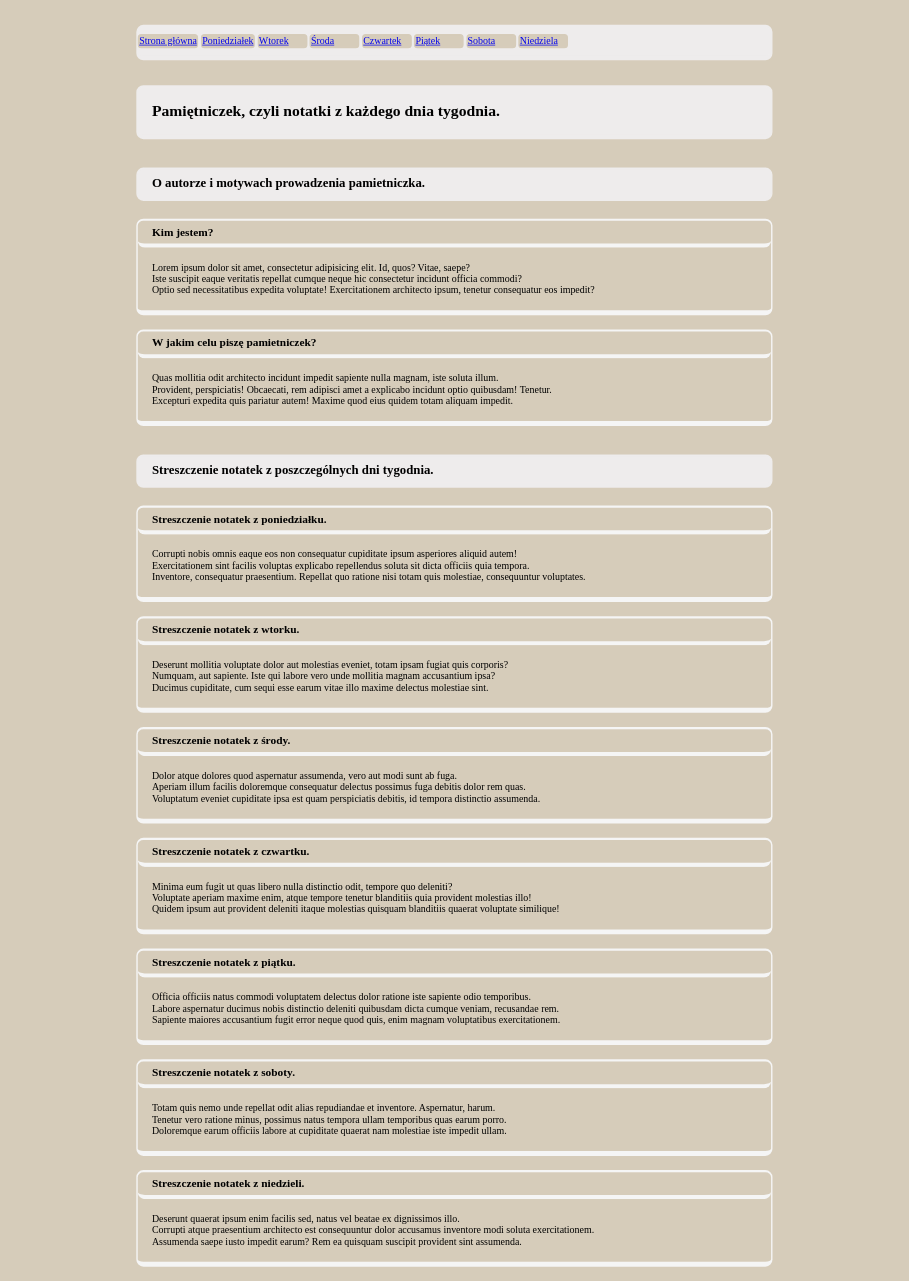
Repository: ArturNatwora/hompage
Page: index.html
An editor plug-in stored every save of this project. The page is shown before and after the next save, followed by the edit.
The browser window is 1280 px wide. The pictures show the whole page, at 71% of full size.

Above is the page before, as saved 2019-06-11 20:20:12.

### index.html
<!DOCTYPE html>
<html lang="pl">

<head>
    <meta charset="UTF-8">
    <meta name="viewport" content="width=device-width, initial-scale=1.0">
    <meta http-equiv="X-UA-Compatible" content="ie=edge">
    <link rel="stylesheet" href="index.css">
    <title>Strona domowa w ramach kursu WTf CO TEN FRONTEND.</title>
</head>

<body>
    <header class="bodyHeader">
        <nav class="bodyHeader__nav">
            <ul class="bodyHeader__navListLink" >
                <li class="bodyHeader__navItemLink"><a class="bodyHeader__navLink" href="index.html">Strona główna</a></li>
                <li class="bodyHeader__navItemLink"><a class="bodyHeader__navLink" href="./days/1.html">Poniedziałek</a></li>
                <li class="bodyHeader__navItemLink"><a class="bodyHeader__navLink" href="./days/2.html">Wtorek</a></li>
                <li class="bodyHeader__navItemLink"><a class="bodyHeader__navLink" href="./days/3.html">Środa</a></li>
                <li class="bodyHeader__navItemLink"><a class="bodyHeader__navLink" href="./days/4.html">Czwartek</a></li>
                <li class="bodyHeader__navItemLink"><a class="bodyHeader__navLink" href="./days/5.html">Piątek</a></li>
                <li class="bodyHeader__navItemLink"><a class="bodyHeader__navLink" href="./days/6.html">Sobota</a></li>
                <li class="bodyHeader__navItemLink"><a class="bodyHeader__navLink" href="./days/7.html">Niedziela</a></li>
            </ul>
        </nav>
        <h1 class="bodyHeader__title">Pamiętniczek, czyli notatki z każdego dnia tygodnia.</h1>
    </header>
    <main class="main">
        <section class="section">
            <h2 class="section__title">O autorze i motywach prowadzenia pamietniczka.</h2>
            <article class="article">
                <h3 class="article__title">Kim jestem?</h3>
                <p>Lorem ipsum dolor sit amet, consectetur adipisicing elit. Id, quos? Vitae, saepe?</p>
                <p>Iste suscipit eaque veritatis repellat cumque neque hic consectetur incidunt officia commodi?</p>
                <p>Optio sed necessitatibus expedita voluptate! Exercitationem architecto ipsum, tenetur consequatur eos
                    impedit?</p>
            </article>
            <article class="article">

                <h3 class="article__title">W jakim celu piszę pamietniczek?</h3>
                <p>Quas mollitia odit architecto incidunt impedit sapiente nulla magnam, iste soluta illum.</p>
                <p>Provident, perspiciatis! Obcaecati, rem adipisci amet a explicabo incidunt optio quibusdam! Tenetur.
                </p>
                <p>Excepturi expedita quis pariatur autem! Maxime quod eius quidem totam aliquam impedit.</p>
            </article>

        </section>

        <section class="section">
                <h2 class="section__title">Streszczenie notatek z poszczególnych dni tygodnia.</h2>
                <article class="article">
                    <h3 class="article__title">Streszczenie notatek z poniedziałku.</h3>
                    <p>Corrupti nobis omnis eaque eos non consequatur cupiditate ipsum asperiores aliquid autem!</p>
                    <p>Exercitationem sint facilis voluptas explicabo repellendus soluta sit dicta officiis quia
                        tempora.</p>
                    <p>Inventore, consequatur praesentium. Repellat quo ratione nisi totam quis molestiae, consequuntur
                        voluptates.</p>
                </article>
                <article class="article">
                    <h3 class="article__title">Streszczenie notatek z wtorku.</h3>
                    <p>Deserunt mollitia voluptate dolor aut molestias eveniet, totam ipsam fugiat quis corporis?</p>
                    <p>Numquam, aut sapiente. Iste qui labore vero unde mollitia magnam accusantium ipsa?</p>
                    <p>Ducimus cupiditate, cum sequi esse earum vitae illo maxime delectus molestiae sint.</p>
                </article>
                <article class="article">
                    <h3 class="article__title">Streszczenie notatek z środy.</h3>
                    <p>Dolor atque dolores quod aspernatur assumenda, vero aut modi sunt ab fuga.</p>
                    <p>Aperiam illum facilis doloremque consequatur delectus possimus fuga debitis dolor rem quas.</p>
                    <p>Voluptatum eveniet cupiditate ipsa est quam perspiciatis debitis, id tempora distinctio
                        assumenda.</p>
                </article>
                <article class="article">
                    <h3 class="article__title">Streszczenie notatek z czwartku.</h3>
                    <p>Minima eum fugit ut quas libero nulla distinctio odit, tempore quo deleniti?</p>
                    <p>Voluptate aperiam maxime enim, atque tempore tenetur blanditiis quia provident molestias illo!
                    </p>
                    <p>Quidem ipsum aut provident deleniti itaque molestias quisquam blanditiis quaerat voluptate
                        similique!</p>
                </article>
                <article class="article">
                    <h3 class="article__title">Streszczenie notatek z piątku.</h3>
                    <p>Officia officiis natus commodi voluptatem delectus dolor ratione iste sapiente odio temporibus.
                    </p>
                    <p>Labore aspernatur ducimus nobis distinctio deleniti quibusdam dicta cumque veniam, recusandae
                        rem.</p>
                    <p>Sapiente maiores accusantium fugit error neque quod quis, enim magnam voluptatibus
                        exercitationem.</p>
                </article>
                <article class="article">
                    <h3 class="article__title">Streszczenie notatek z soboty.</h3>
                    <p>Totam quis nemo unde repellat odit alias repudiandae et inventore. Aspernatur, harum.</p>
                    <p>Tenetur vero ratione minus, possimus natus tempora ullam temporibus quas earum porro.</p>
                    <p>Doloremque earum officiis labore at cupiditate quaerat nam molestiae iste impedit ullam.</p>
                </article>
                <article class="article">
                    <h3 class="article__title">Streszczenie notatek z niedzieli.</h3>
                    <p>Deserunt quaerat ipsum enim facilis sed, natus vel beatae ex dignissimos illo.</p>
                    <p>Corrupti atque praesentium architecto est consequuntur dolor accusamus inventore modi soluta
                        exercitationem.</p>
                    <p>Assumenda saepe iusto impedit earum? Rem ea quisquam suscipit provident sint assumenda.</p>
                </article>
            </section>


    </main>
    <script src="index.js"></script>
</body>

</html>

### index.css

*{
    margin: 0;
    padding: 0;
    box-sizing: border-box;
    font-size: 14px;
}


body{
    width: 70%;
    margin:  auto;
    background: rgb(214, 204, 186);

}

.bodyHeader {
    width: 100%;

    display: block;
    position: relative;


}
.bodyHeader__nav{
    background: rgb(238, 236, 236);
    width: 100%;
    height: auto;
    margin: 35px 0;

    display: block;

    border-width: 3px 2px 7px 2px ;
    border-style: solid;
    border-color: rgb(238, 236, 236);
    border-radius: 10px;
}
.bodyHeader__navListLink {
    width: 100%;
    list-style: none;
    display: block;
}
.bodyHeader__navItemLink{
    min-width: 70px;
    background: rgb(214, 204, 186);
    display: inline-block;
    margin: 10px 0px;
    border-width:  2px ;
    border-style: solid;
    border-color: rgb(214, 204, 186);
    border-radius: 5px;
}

.bodyHeader__title{
    font-size: 22px;
    display: block;
    margin:16px 0;
    padding: 20px;
    background: rgb(238, 236, 236);

    border-width: 3px 2px 7px 2px ;
    border-style: solid;
    border-color: rgb(238, 236, 236);
    border-radius: 10px;
}
.section{
    width: 100%;
    margin:40px 0 0 0 ;




}
.section__title{
    width: 100%;
    font-size: 18px;
    display: block;
    margin:25px 0;
    padding: 8px 20px;
    background: rgb(238, 236, 236);

    border-width: 3px 2px 7px 2px ;
    border-style: solid;
    border-color: rgb(238, 236, 236);
    border-radius: 10px;
}
.article{

    display: block;
    margin:0 0 20px 0;
    padding:0 0 20px 0px;
    border-width: 3px 2px 7px 2px ;
    border-style: solid;
    border-color: whitesmoke;
    border-radius: 10px;

}
.article__title{
    font-size: 16px;
    display: block;
    margin:0 0 20px 0 ;
    padding: 7px 20px;

    border-width: 0 0 6px 0 ;
    border-style: solid;
    border-color: whitesmoke;
    border-radius: 10px;

}
p{
    text-align: justify;
    padding: 0 20px;
}

Loaded but not shown: index.js (no copy from this time; the picture is the same without it)

After the next save:
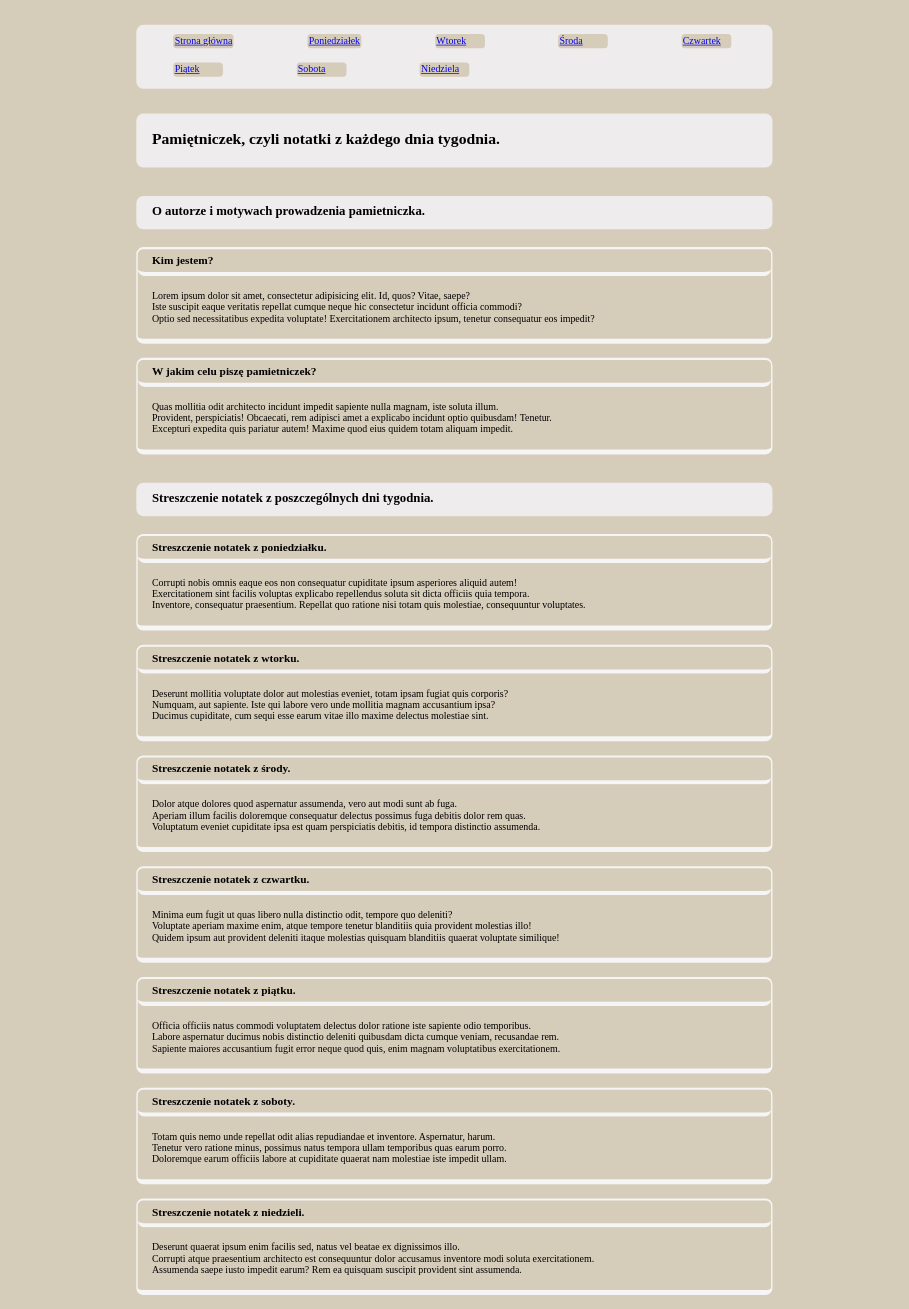
Saved 65 s later.
--- a/index.css
+++ b/index.css
@@ -44,7 +44,7 @@
     min-width: 70px;
     background: rgb(214, 204, 186);
     display: inline-block;
-    margin: 10px 0px;
+    margin: 10px 50px;
     border-width:  2px ;
     border-style: solid;
     border-color: rgb(214, 204, 186);

After the save that followed:
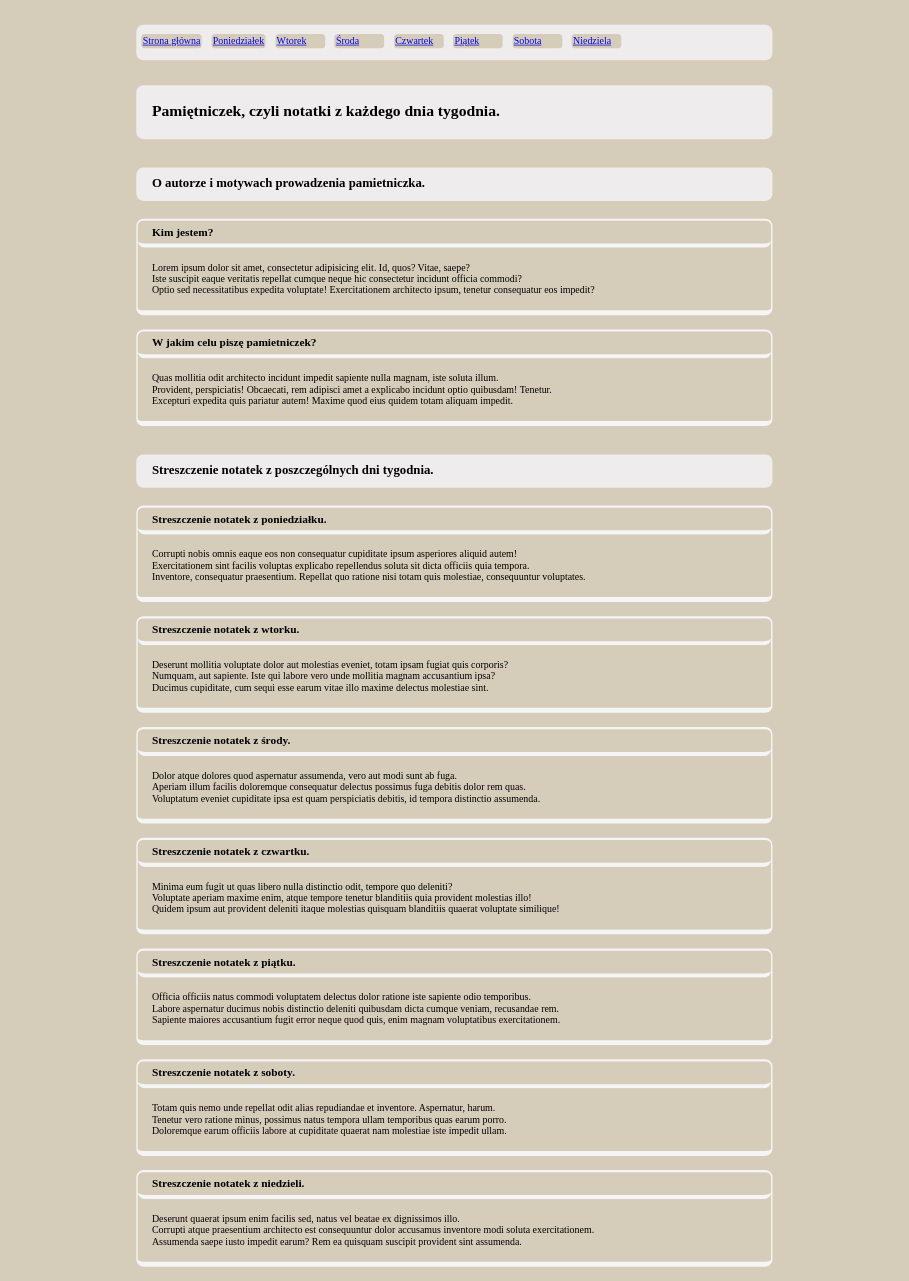
Saved 17 s later.
--- a/index.css
+++ b/index.css
@@ -44,7 +44,7 @@
     min-width: 70px;
     background: rgb(214, 204, 186);
     display: inline-block;
-    margin: 10px 50px;
+    margin: 10px 5px;
     border-width:  2px ;
     border-style: solid;
     border-color: rgb(214, 204, 186);
